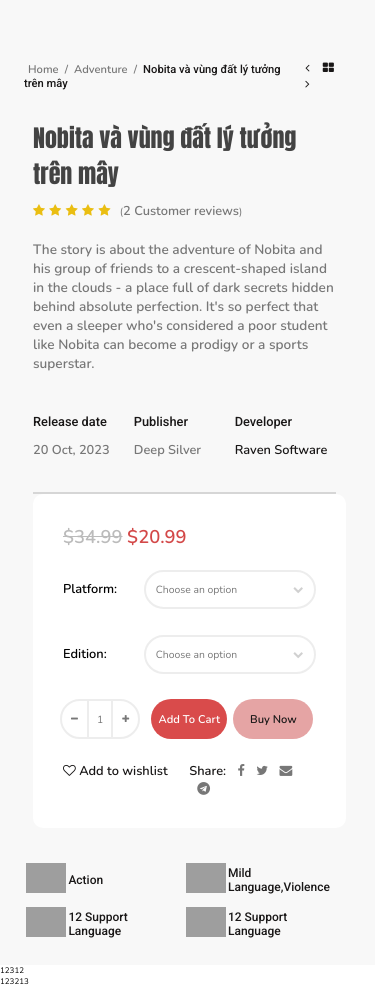
Repository: NguyenDinhThuyVy/TestWebsite
Page: detail.html
These files come from the project's save history. The page is drawn as it stood at one moment and after the next save; the edit follows.
The browser window is 375 px wide. The pictures show the part of the page from y = 600 to 1587 px (the page is 1587 px tall before and 1566 px after).
Pictures or frames that could not be fetched are drawn as grey boxes. Some web fonts or font styles are not loaded; a fallback is used.

Above is the page before, as saved 2023-10-01 21:45:24.

After the next save:
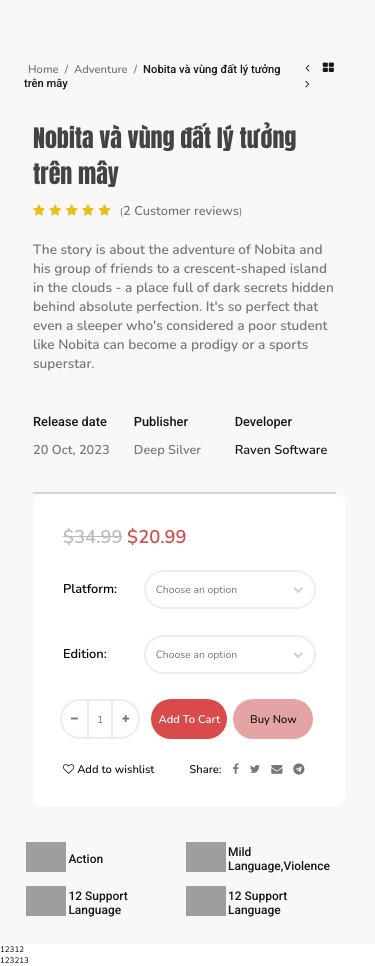
Saved 22 s later.
--- a/style.css
+++ b/style.css
@@ -668,7 +668,7 @@ html {
     display: grid;
     grid-template-columns: 1fr 1fr;
     margin-top: 23px;
-    font-size: 1.6rem;
+    font-size: 1.4rem;
     font-weight: 900;
   }
 
